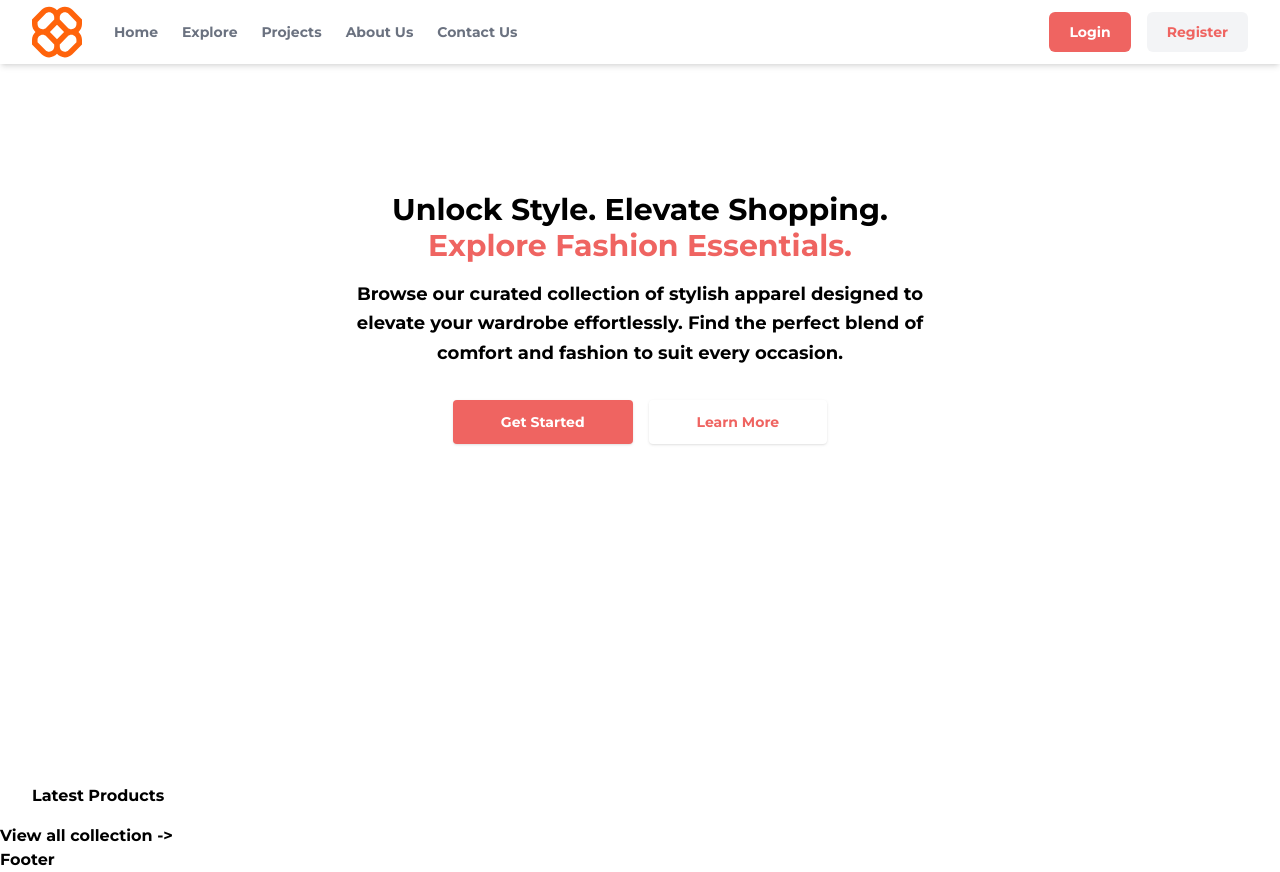
Repository: YahiaSala7/E-commerce-Project
Page: / (app in ecommerce/)
These files come from the project's save history. The page is drawn as it stood at one moment and after a run of saves; the edit follows.
The browser window is 1280 px wide. The pictures show the whole page.
The page's requests for data from a server got no answer. The project was rebuilt for these pictures with package versions that can differ from the ones it lists, and the page was loaded fresh each time. The framework's server and built-in components were replaced by stand-ins that run in the browser. No one was signed in, and anything a server would have sent is missing. Also part of the build but not shown: ecommerce/next.config.mjs, ecommerce/app/_Components/ProductItem.jsx.

Above is the page before, as saved 2024-07-26 02:07:05.

After the next 2 saves:
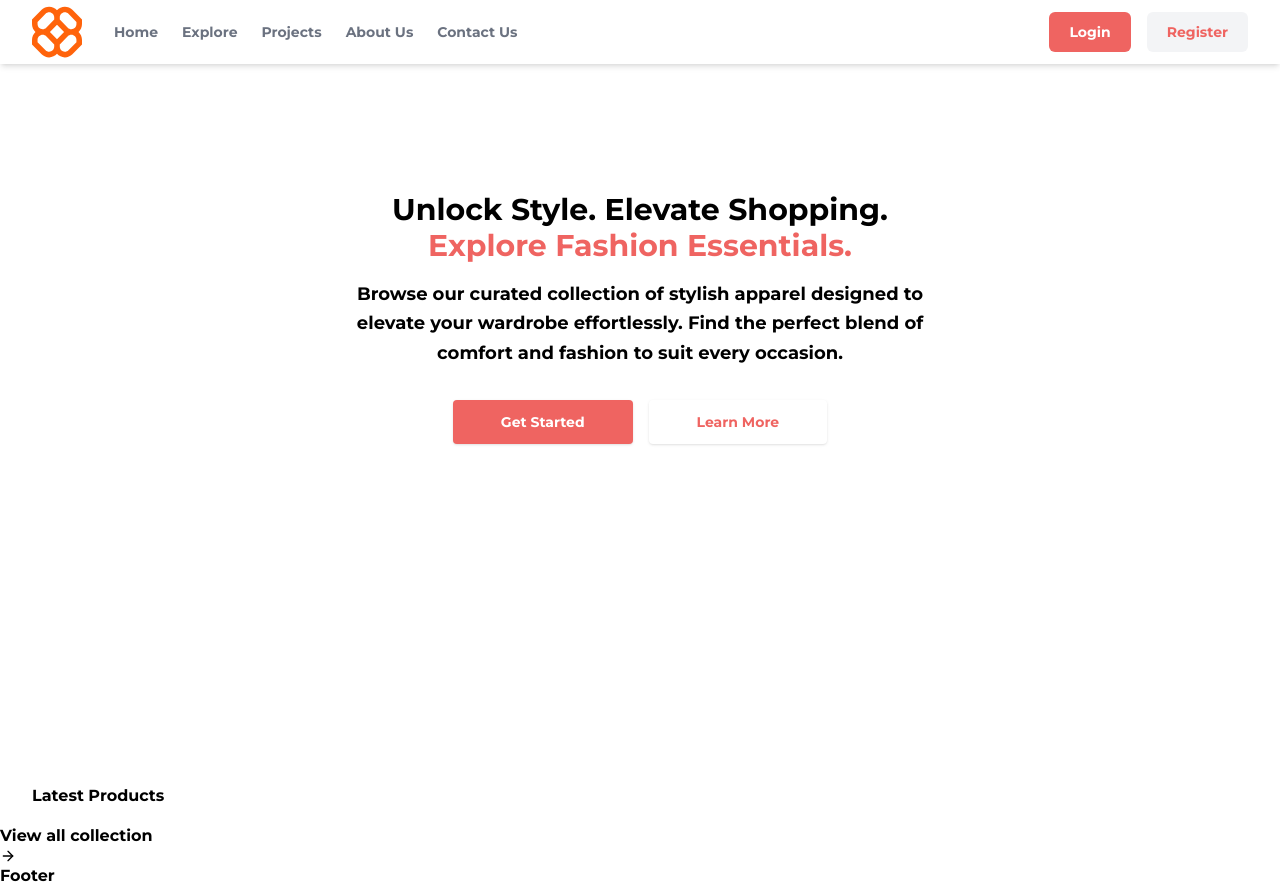
The 2 saves are shown as one change because 1 did not build or start.
The last was saved 72 s later.
--- a/ecommerce/app/_Components/ProductsSection.jsx
+++ b/ecommerce/app/_Components/ProductsSection.jsx
@@ -1,12 +1,15 @@
 import React from "react";
 import LatestProducts from "./LatestProducts";
+import { ArrowRight } from "lucide-react";
 
 function ProductsSection() {
   return (
     <>
       <div className="latest-products">
         <h2 className="mx-auto px-4 sm:px-6 lg:px-8 pb-4">Latest Products</h2>
-        <h4>View all collection -> </h4>
+        <h4>
+          View all collection <ArrowRight className="w-4 h-4" />{" "}
+        </h4>
         <LatestProducts />
       </div>
     </>
